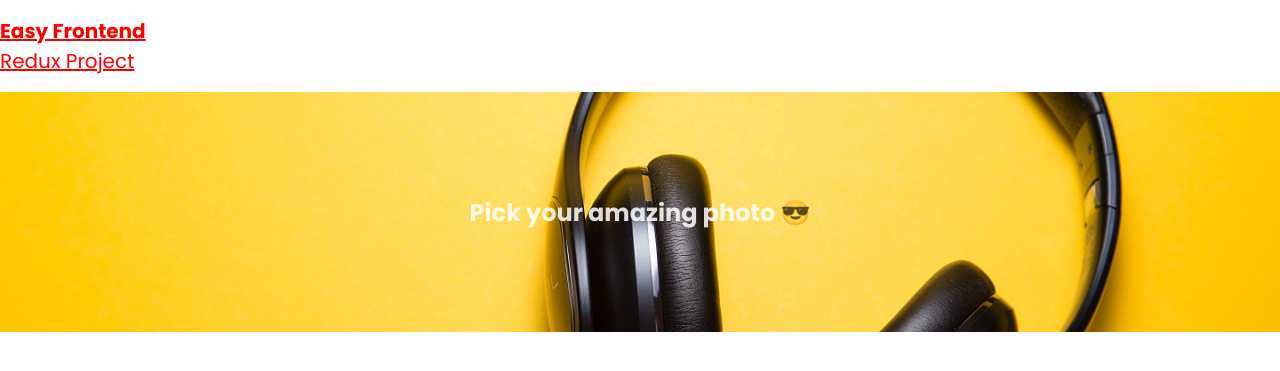
Repository: duckhai80/Redux-photo-app
Page: /photos/add
These files come from the project's save history. The page is drawn as it stood at one moment and after the next save; the edit follows.
The browser window is 1280 px wide. The pictures show the whole page.
The project was rebuilt for these pictures with package versions that can differ from the ones it lists, and the page was loaded fresh each time. Also part of the build but not shown: src/App.css, src/components/NotFound/index.jsx.

Above is the page before, as saved 2021-10-29 10:38:04.

### public/index.html
<!DOCTYPE html>
<html lang="en">
  <head>
    <meta charset="utf-8" />
    <link rel="icon" href="%PUBLIC_URL%/favicon.ico" />
    <meta name="viewport" content="width=device-width, initial-scale=1" />
    <meta name="theme-color" content="#000000" />
    <meta
      name="description"
      content="Web site created using create-react-app"
    />
    <link rel="apple-touch-icon" href="%PUBLIC_URL%/logo192.png" />

    <link rel="manifest" href="%PUBLIC_URL%/manifest.json" />

    <title>React App</title>
    <link
      href="https://fonts.googleapis.com/css2?family=Poppins:ital,wght@0,400;0,700;1,400;1,700&display=swap"
      rel="stylesheet"
    />
  </head>
  <body>
    <noscript>You need to enable JavaScript to run this app.</noscript>
    <div id="root"></div>
  </body>
</html>

### src/index.css
body {
  margin: 0;
  font-family: "Poppins", -apple-system, BlinkMacSystemFont, "Segoe UI",
    "Roboto", "Oxygen", "Ubuntu", "Cantarell", "Fira Sans", "Droid Sans",
    "Helvetica Neue", sans-serif;
  -webkit-font-smoothing: antialiased;
  -moz-osx-font-smoothing: grayscale;
}

code {
  font-family: source-code-pro, Menlo, Monaco, Consolas, "Courier New",
    monospace;
}

### src/App.js
import logo from "./logo.svg";
import "./App.css";

import React, { Suspense } from "react";
import { BrowserRouter, Route, Switch, Redirect, Link } from "react-router-dom";
import Header from "./components/Header";
import NotFound from "./components/NotFound";

const Photo = React.lazy(() => import("./features/Photo/pages/Main"));
const AddEdit = React.lazy(() => import("./features/Photo/pages/AddEdit"));

function App() {
  return (
    <div className="photo-app">
      <Suspense fallback={<div>Loading ...</div>}>
        <BrowserRouter>
          <Header></Header>

          <Switch>
            <Redirect exact from="/" to="/photos" />

            <Route exact path="/photos" component={Photo} />
            <Route exact path="/photos/add" component={AddEdit} />
            <Route component={NotFound} />
          </Switch>

          {/* <ul>
            <li>
              <Link to="/photos">Go to photo page</Link>
            </li>
            <li>
              <Link to="/photos/add">Go to Add new photo page</Link>
            </li>
            <li>
              <Link to="/photos/123">Go to Edit photo page</Link>
            </li>
          </ul>
          <Header />
          <Switch>
            <Redirect exact from="/" to="/photos" />
          </Switch> */}
        </BrowserRouter>
      </Suspense>
    </div>
  );
}

export default App;

### src/components/Header/index.jsx
import React from "react";
import { NavLink } from "react-router-dom";
import { Col, Container, Row } from "reactstrap";
import "./Header.scss";

Header.propTypes = {};

function Header() {
  return (
    <div>
      <header className="header">
        <Container>
          <Row className="justify-content-between">
            <Col xs="auto">
              <a
                className="header__link header__title"
                href="https://youtube.com/easyfrontend"
                target="_blank"
                rel="noopener noreferrer"
              >
                Easy Frontend
              </a>
            </Col>

            <Col xs="auto">
              <NavLink
                exact
                className="header__link"
                to="/photos"
                activeClassName="header__link--active"
              >
                Redux Project
              </NavLink>
            </Col>
          </Row>
        </Container>
      </header>
    </div>
  );
}

export default Header;

### src/features/Photo/pages/AddEdit/index.jsx
import Banner from "components/Banner";
import NotFound from "components/NotFound";
import PhotoForm from "features/Photo/components/PhotoForm";
import React from "react";
import { Redirect, Route, Switch } from "react-router";
import "./styles.scss";

AddEditPage.propTypes = {};

function AddEditPage(props) {
  return (
    <div className="photo-edit">
      <Banner title="Pick your amazing photo 😎" />

      <div className="photo-edit__form">
        <PhotoForm
          onSubmit={(values) => console.log("Form submit: ", values)}
        />
      </div>
    </div>
  );
}

export default AddEditPage;

### src/components/Header/Header.scss
.header {
  padding: 1rem 0;
  font-size: 1.25rem;

  &__title {
    font-weight: bold;
  }

  &__link {
    color: red;
    transition: all 0.25s ease-in-out 0s;

    &--active,
    &:hover {
      text-decoration: none;
      color: var(--primary);
    }
  }
}

### src/components/Banner/index.jsx
import PropTypes from "prop-types";
import React from "react";
import "./Banner.scss";

Banner.propTypes = {
  title: PropTypes.string,
  backgroundUrl: PropTypes.string,
};

Banner.defaultProps = {
  title: "",
  backgroundUrl: "",
};

function Banner(props) {
  const { title, backgroundUrl } = props;

  const bannerStyle = backgroundUrl
    ? { backgroundImage: `url(${backgroundUrl})` }
    : {};

  return (
    <section className="banner" style={bannerStyle}>
      <h1 className="banner__title">{title}</h1>
    </section>
  );
}

export default Banner;

### src/constants/images.js
import blueBackground from "../assets/images/blue-bg.jpg";
import colorfulBackground from "../assets/images/colorful-bg.jpg";
import orangeBackground from "../assets/images/orange-bg.jpg";
import pinkBackground from "../assets/images/pink-bg.jpg";

const Images = {
  ORANGE_BG: orangeBackground,
  BLUE_BG: blueBackground,
  COLORFUL_BG: colorfulBackground,
  PINK_BG: pinkBackground,
};

export default Images;

### src/features/Photo/components/PhotoForm/index.jsx
import { PHOTO_CATEGORY_OPTIONS } from "constants/global";
import Images from "constants/images";
import PropTypes from "prop-types";
import React from "react";
import Select from "react-select";
import { Button, Form, FormGroup, Input, Label } from "reactstrap";
import { Formik } from "formik";

PhotoForm.propTypes = {
  onSubmit: PropTypes.func,
};

PhotoForm.defaultProps = {
  onSubmit: null,
};

function PhotoForm(props) {
  return <Formik></Formik>;
}

export default PhotoForm;

### src/features/Photo/pages/AddEdit/styles.scss
.photo-edit {
  &__form {
    margin: 2rem auto 1rem auto;
    max-width: 25rem;
  }
}

### src/components/Banner/Banner.scss
.banner {
  display: flex;
  flex-flow: row wrap;
  justify-content: center;
  align-items: center;
  height: 15rem;

  background-image: url(../../assets/images/orange-bg.jpg);
  background-position: center;
  background-size: cover;

  &__title {
    color: rgba(255, 255, 255, 0.85);
    font-weight: bold;
  }
}

### src/constants/global.js
export const PHOTO_CATEGORY_OPTIONS = [
  { value: 1, label: "Technology" },
  { value: 2, label: "Education" },
  { value: 3, label: "Nature" },
  { value: 4, label: "Animals" },
  { value: 5, label: "Styles" },
];

Loaded but not shown: src/index.js (common file); src/reportWebVitals.js (common file)

After the next save:
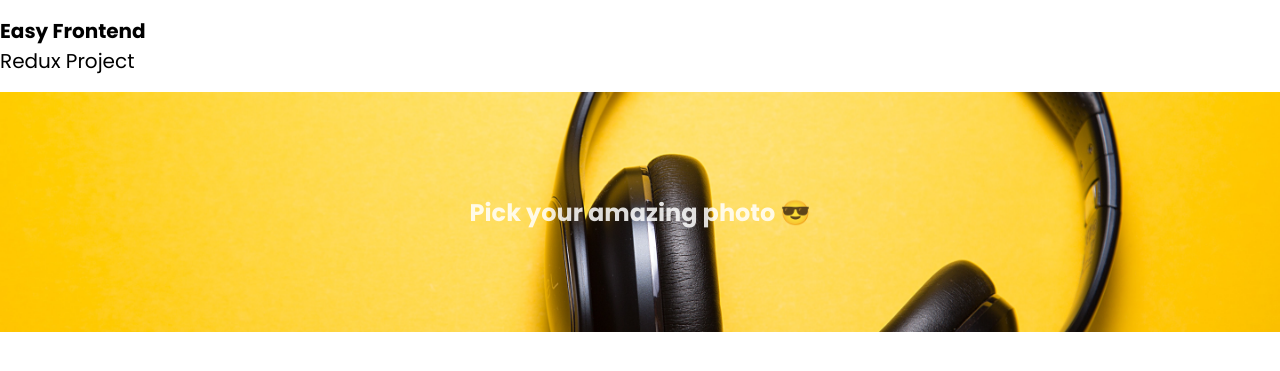
Saved 27 s later.
--- a/src/components/Header/Header.scss
+++ b/src/components/Header/Header.scss
@@ -7,7 +7,8 @@
   }
 
   &__link {
-    color: red;
+    color: #000;
+    text-decoration: none;
     transition: all 0.25s ease-in-out 0s;
 
     &--active,
